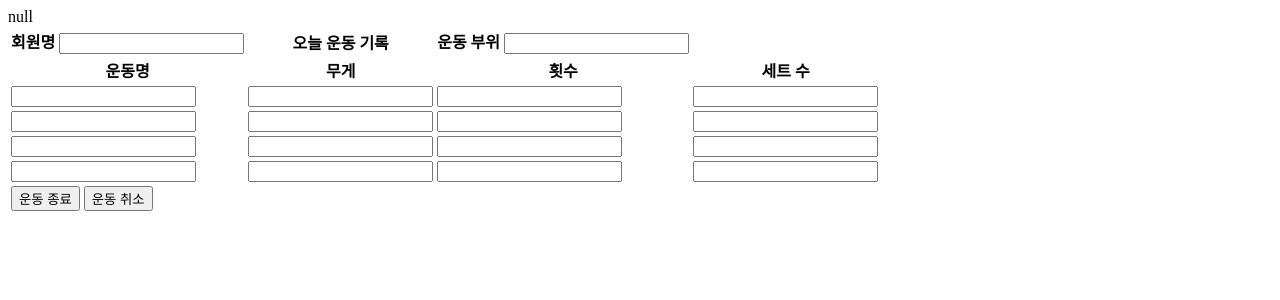
Repository: Up-Min/hrdkorea
Page: http://localhost/jsp_workout/start
The author's editor kept a copy of each file at every save. The page is drawn from the files as they stood at one save, then again after the next save.
The browser window is 1280 px wide. The pictures show the whole page.
The page is served by Tomcat 9.

Above is the page before, as saved 2022-12-28 05:39:38.

After the next save:
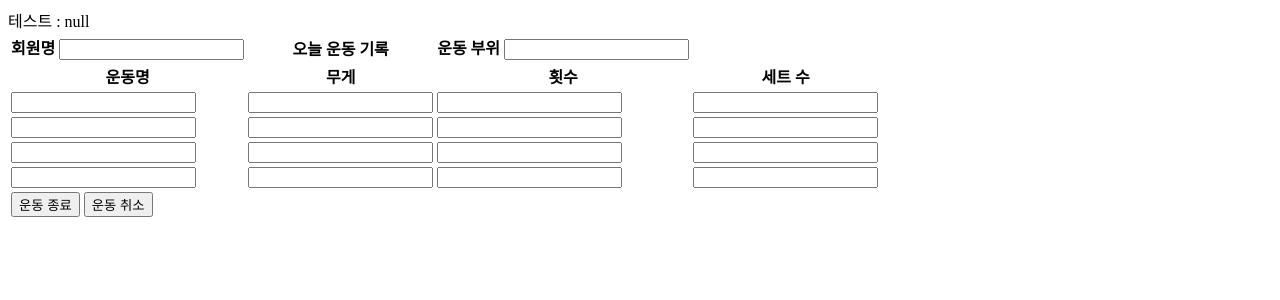
Saved 24 s later.
--- a/jsp_workout/src/main/webapp/wk_insert.jsp
+++ b/jsp_workout/src/main/webapp/wk_insert.jsp
@@ -9,9 +9,7 @@
 </head>
 <body>
 	<% String num = request.getParameter("num"); %>
-	<head> <%= num %>
-		${num}
-
+	<head> 테스트 : <%= num %>
 	</head>
 
 	<div class="workout">
